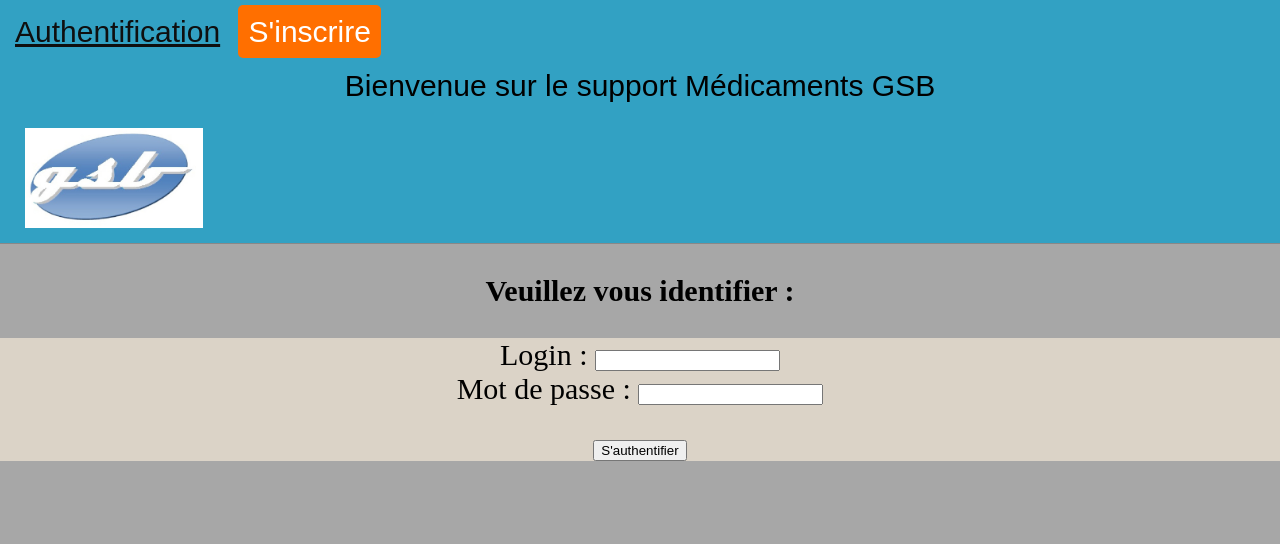
Repository: DavJnte/GSB_PHP
Page: http://localhost/?target=menu
The author's editor kept a copy of each file at every save. The page is drawn from the files as they stood at one save, then again after the next save.
The browser window is 1280 px wide. The pictures show the whole page.
The page is run by PHP 8.4 with error messages shown; the project is at /var/www/html/.

Above is the page before, as saved 2021-05-17 20:04:38.

### pdo/index.php
<?php
    require("Controleur/GeneralControleur.php");
?>
<link rel="shortcut icon" href="#">

### pdo/Controleur/GeneralControleur.php
<?php
	session_start();
	if(!isset($_SESSION["autoriser"]) ||( !(isset($_REQUEST["target"]) && $_REQUEST["target"] == "inscription"))){
		require("Models/login.php");
	}else{
		if(isset($_REQUEST["target"])){
			switch($_REQUEST["target"]){
				case "approv":
					require("Models/approv.php");
					break;
				case "changement":
					require("Models/changement.php");
					break;
				case "contacter":
					require("Models/contacter.php");
					break;
				case "contexte":
					require("Models/contexte.php");
					break;
				case "fconnexion":
					require("Models/form_connexion.php");
					break;
				case "fisncription":
					require("Models/form_inscription.php");
					break;
				case"deconnexion":
					require("Models/deconnexion.php");
					break;
				case "fmodification":
					require("Models/form_modification.php");
					break;
				case "info":
					require("Models/info.php");
					break;
				case "inscription":
					require("Models/inscription.php");
					break;
				case "menu":
					require("Models/menu.php");
					break;
				case "bienvenue":
					require("Models/bienvenue.php");
					break;
				case "login":
					require("Models/login.php");
					break;
				case "modifier":
					require("Models/modifier.php");
					break;
				case "newfam":
					require("Models/newfam.php");
					break;
				case "probleme":
					require("Models/probleme.php");
					break;
				case "recherche":
					require("Models/recherche.php");
					break;
				case "session":
					require("Models/session.php");
					break;
				case "supp":
					require("Models/supp.php");
					break;
				case "supprimer":
					require("Models/supprimer.php");
					break;
				case "valid_mod":
					require("Models/valid_mod.php");
					break;
			}

		}else{
			require("Models/login.php");
		}
	}



?>

### pdo/Models/login.php
<?php

include(__DIR__ .'/../Vues/co_utilisateur.php');

if(!isset($_SESSION["autoriser"]) || (isset($_SESSION["autoriser"]) && $_SESSION["autoriser"] != "oui") ){
    include(__DIR__ .'/../Models/form_connexion.php');
    #Message d'erreur si utilisateur rempli mal le formulaire
    include(__DIR__ .'/../Models/message_login.php');
}


?>

### pdo/Vues/co_utilisateur.php
<?php
	@$login=$_POST["login"];
	@$pass=$_POST["pass"];
	@$valider=$_POST["valider"];
	$message="";
	if(isset($valider)){
		include(__DIR__ ."/../Models/connexion.php");
		$res=$bdd->prepare("select * from users where login=? and pass=? limit 1");
		$res->setFetchMode(PDO::FETCH_ASSOC);
		$res->execute(array($login,md5($pass)));
		$tab=$res->fetchAll();
		if(count($tab)==0)
			$message="<li>Mauvais Pseudo ou mot de passe!</li>";
		else{
			$_SESSION["autoriser"]="oui";
			$_SESSION["nomPrenom"]=strtoupper($tab[0]["nom"]." ".$tab[0]["prenom"]);
			include(__DIR__ .'/../Models/session.php');
		}
	}
?>

### pdo/Models/form_connexion.php
<html>
	<head>
		<link rel="stylesheet" type="text/css" href="../pdo/css/style.css" />
	</head>
	<body>
    <!--Menu pour naviguer-->
		<header>
			<u>Authentification</u>
			<a href="?target=inscription">S'inscrire</a>
			<h1>Bienvenue sur le support Médicaments GSB</h1>
			<img src="../pdo/img/gsb (1).jpg" height="100px"/>  <!--Image GSB-->
		</header>

		<!--Formulaire d'authentification-->
		<h3>Veuillez vous identifier :</h3>
		<form name="fo" method="post" action="">
			<label>Login :</label>
			<input type="text" name="login" value="" />
			<br>
			<label>Mot de passe :</label>
			<input type="password" name="pass" />
			<br>
			<br>
			<input type="submit" name="valider" value="S'authentifier" />
		</form>

        </body>
</html>

### pdo/Models/message_login.php
<?php if(!empty($message)){ ?>
		<div id="message"><?php echo $message ?></div>
<?php } ?>

### pdo/css/style.css
body{
    height: auto;
    width: auto;
    background-color: rgb(167, 167, 167);
    margin:0;
	padding:0;
    text-align: center;
}


header{
	text-align:left;
	padding:15px;
	background-color:rgba(33, 160, 199, 0.87);
	color:rgb(15, 15, 15);
	font: 30px arial;
	border-bottom:solid 1px #888;
}

img{
    margin-top:5px;
    margin-left: 10px;
}

h2,h1{
    text-align: center;
    font: 30px arial;
    color: black;
}

h3{
    color: black;
    text-align: center;
	font-size: 30px;
}
form{
    text-align: center;
    font-size: 30px;
	background-color: rgb(219, 211, 199);
}

a{
	padding:10px; /*Taille carré orange*/
	background-color:rgb(255, 111, 0);
	text-decoration:none;
	color:#FFF;
	vertical-align: auto;
	margin-left:10px;
	border-radius:5px;/*Bord arrondi*/
}

#message{
background-color: rgb(180, 22, 22);
color: black;
}

After the next save:
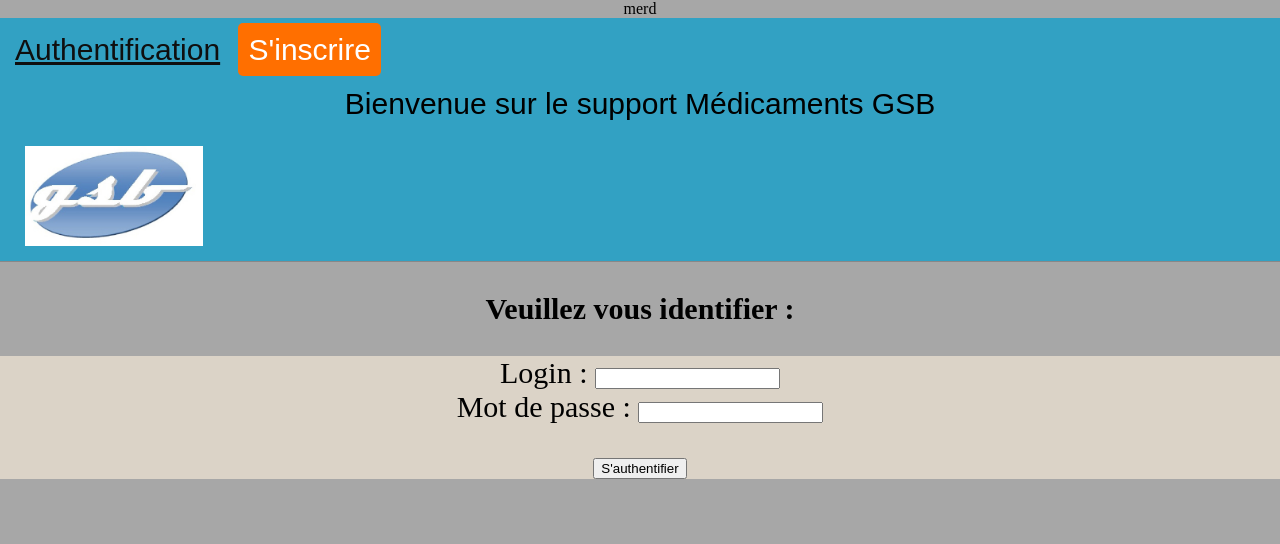
Saved 24 s later.
--- a/pdo/Controleur/GeneralControleur.php
+++ b/pdo/Controleur/GeneralControleur.php
@@ -1,5 +1,6 @@
 <?php
 	session_start();
+	echo("merd");
 	if(!isset($_SESSION["autoriser"]) ||( !(isset($_REQUEST["target"]) && $_REQUEST["target"] == "inscription"))){
 		require("Models/login.php");
 	}else{

After the save that followed:
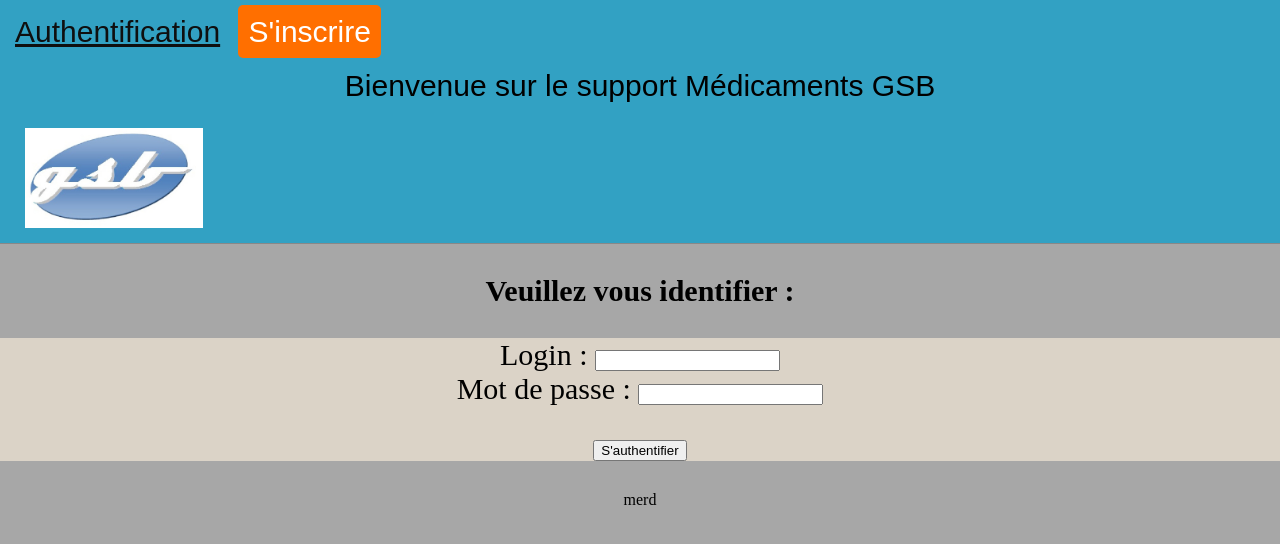
Saved 6 s later.
--- a/pdo/Controleur/GeneralControleur.php
+++ b/pdo/Controleur/GeneralControleur.php
@@ -1,8 +1,8 @@
 <?php
 	session_start();
-	echo("merd");
 	if(!isset($_SESSION["autoriser"]) ||( !(isset($_REQUEST["target"]) && $_REQUEST["target"] == "inscription"))){
 		require("Models/login.php");
+		echo("merd");
 	}else{
 		if(isset($_REQUEST["target"])){
 			switch($_REQUEST["target"]){
